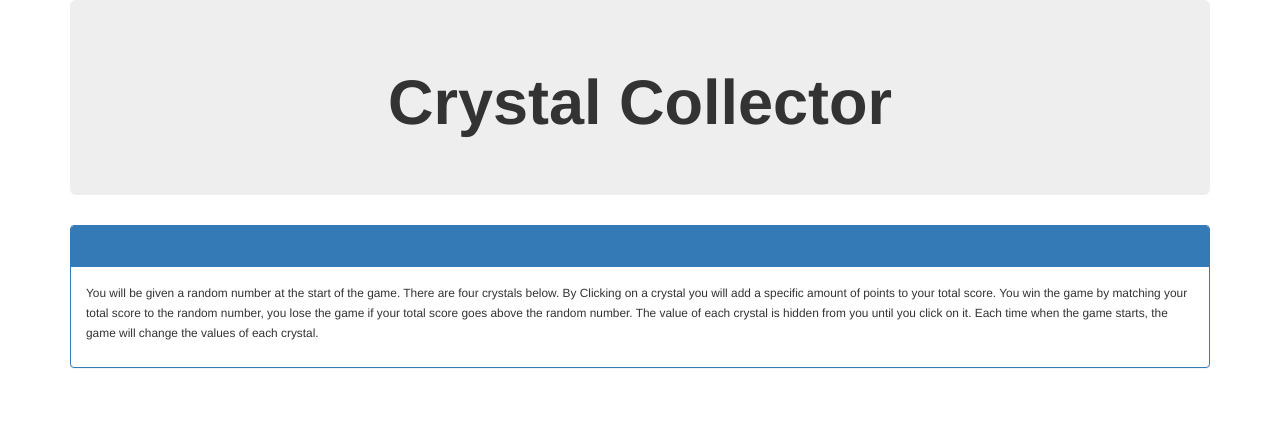
Repository: mikecherry1/week-4-game
Page: index.html
These files come from the project's save history. The page is drawn as it stood at one moment and after the next save; the edit follows.
The browser window is 1280 px wide. The pictures show the whole page.

Above is the page before, as saved 2017-11-19 18:22:20.

### index.html
<!doctype html>
<html lang="en">
  <head>

    <!-- Required meta tags -->
    <meta charset="utf-8">
    <meta name="viewport" content="width=device-width, initial-scale=1, shrink-to-fit=no">

    <!-- Bootstrap CSS -->
    <link rel="stylesheet" <link href="https://maxcdn.bootstrapcdn.com/bootstrap/3.3.7/css/bootstrap.min.css" rel="stylesheet" integrity="sha384-BVYiiSIFeK1dGmJRAkycuHAHRg32OmUcww7on3RYdg4Va+PmSTsz/K68vbdEjh4u"
        crossorigin="anonymous">
  </head>
  <body>

    <div class="container">

        <div class="jumbotron" style "bg-color: purple; color: white;">
        <div class="container">
            <h1 class="text-center"><strong>Crystal Collector</strong></h1>
        </div>
    </div>

    <div class="row">

        <div class="col-lg-12">

            <div class="panel panel-primary">
                <div class="panel-heading">
                    <h3 class="text-center"<Instructions></h3>
                </div>
                <div class="panel-body">
                    <p><small>You will be given a random number at the start of the game. There are four crystals below. By Clicking on a crystal you will add a specific amount of points to your total score. You win the game by matching your total score to the random number, you lose the game if your total score goes above the random number. The value of each crystal is hidden from you until you click on it. Each time when the game starts, the game will change the values of each crystal.</small></p>
            </div>


        </div>

    </div>



    </div>



  </body>
</html>

After the next save:
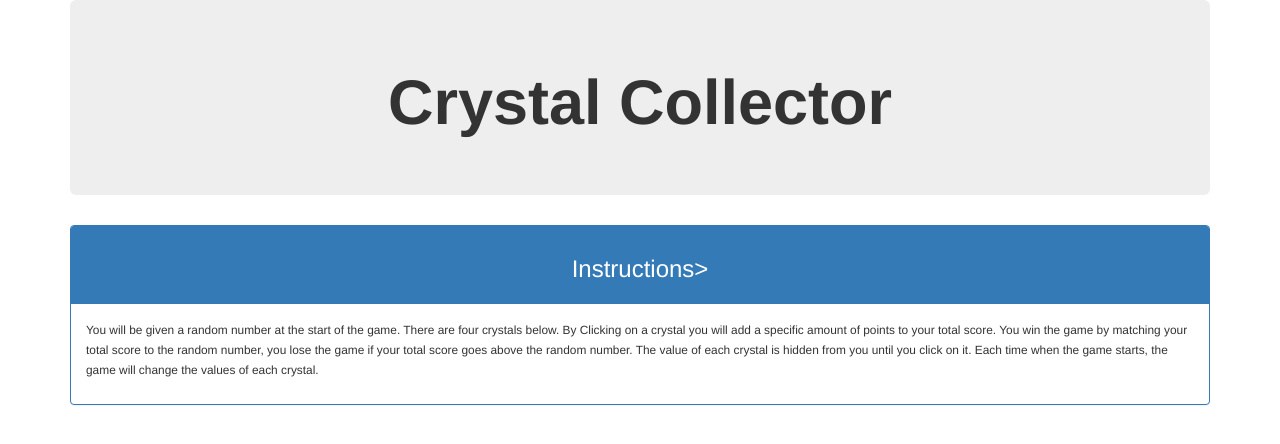
Saved 29 s later.
--- a/index.html
+++ b/index.html
@@ -25,8 +25,8 @@
         <div class="col-lg-12">
 
             <div class="panel panel-primary">
-                <div class="panel-heading">
-                    <h3 class="text-center"<Instructions></h3>
+                <div class="panel-heading text-center">
+                    <h3>Instructions></h3>
                 </div>
                 <div class="panel-body">
                     <p><small>You will be given a random number at the start of the game. There are four crystals below. By Clicking on a crystal you will add a specific amount of points to your total score. You win the game by matching your total score to the random number, you lose the game if your total score goes above the random number. The value of each crystal is hidden from you until you click on it. Each time when the game starts, the game will change the values of each crystal.</small></p>
